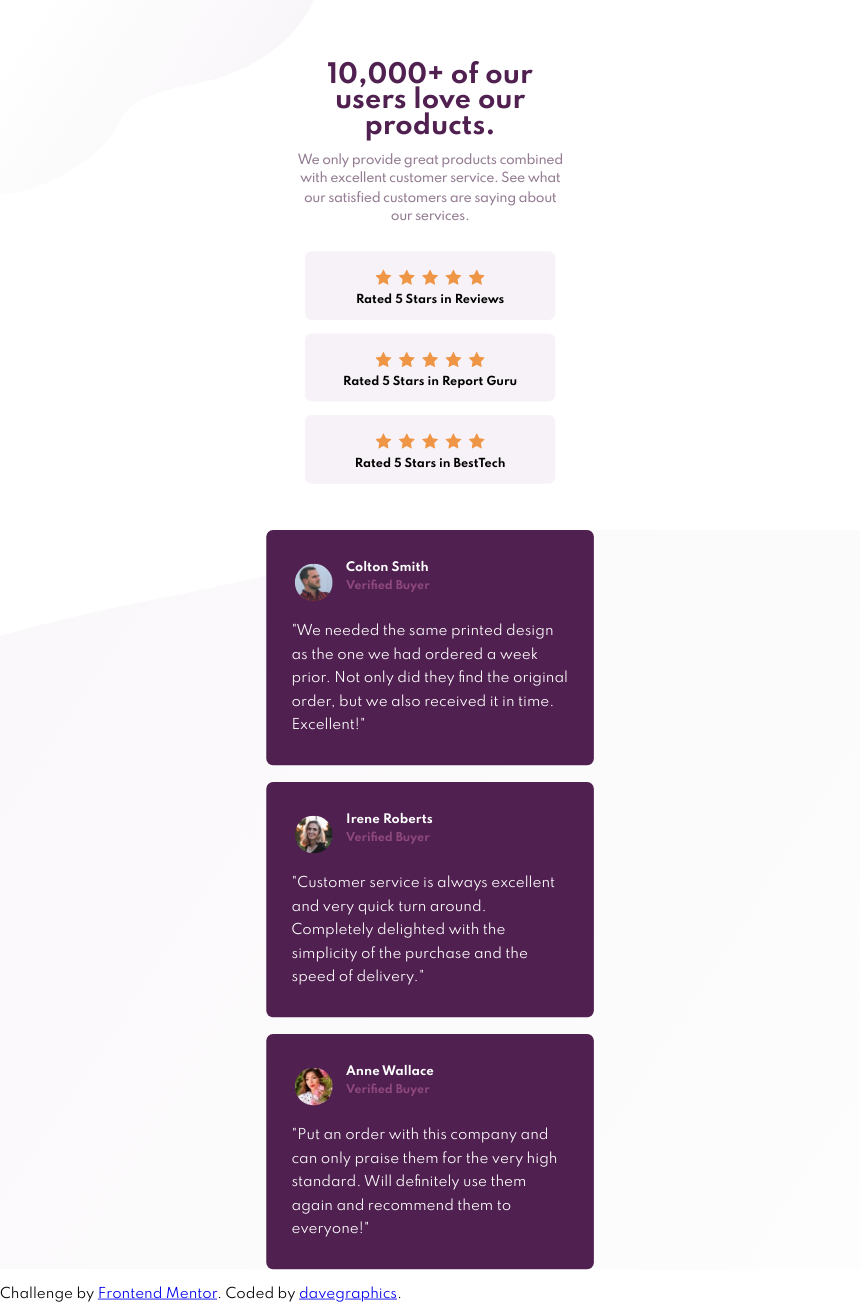
Repository: DejV44/social-proof-section-master
Page: index.html
These files come from the project's save history. The page is drawn as it stood at one moment and after the next save; the edit follows.
The browser window is 1024 px wide. The pictures show the whole page, at 84% of full size.
The style sheet was rebuilt from its Sass, Less or Tailwind sources for each picture, by a compiler version that may differ from the author's.

Above is the page before, as saved 2021-06-26 21:32:55.

After the next save:
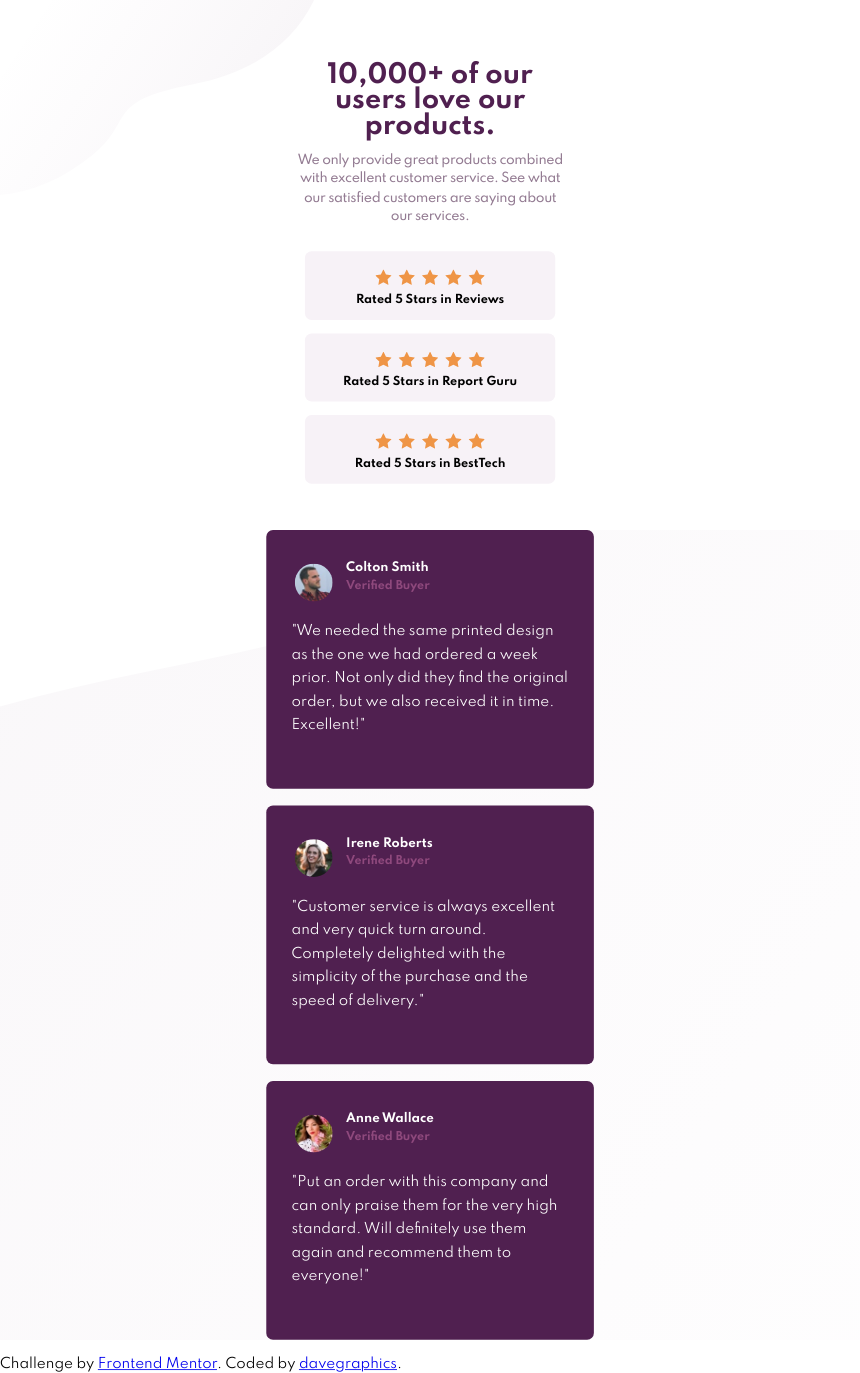
Saved 2 min 33 s later.
--- a/css/main.scss
+++ b/css/main.scss
@@ -314,7 +314,7 @@ body {
                 background: var(--primary-color);
                 border-radius: .5em;
                 width: 330px;
-                height: 220px;
+                height: 248px;
                 margin: 0px auto 20px auto;
 
                 .identy1, .identy2, .identy3 {
